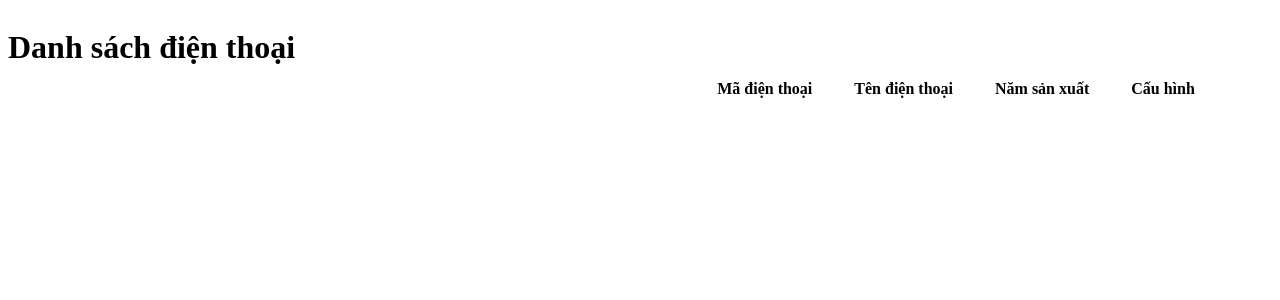
Repository: buikhacthang91042/Nam4_Ki1
Page: http://localhost/Tuan05/DanhSachDienThoaiNCC.jsp
These files come from the project's save history. The page is drawn as it stood at one moment and after the next save; the edit follows.
The browser window is 1280 px wide. The pictures show the whole page.
The page is served by Tomcat 10. Nobody is signed in. The application's start-up code is not run. The template is opened directly, without the code that normally fills it, so the values that code supplies are empty.

Above is the page before, as saved 2024-10-10 11:58:35.

After the next save:
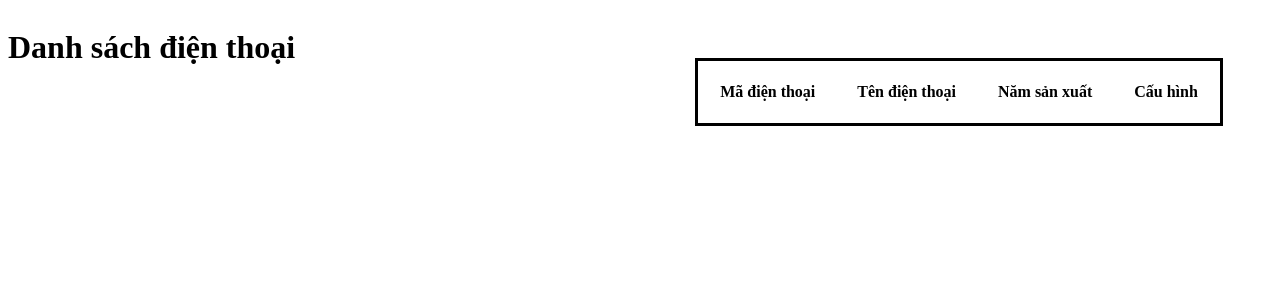
Saved 58 s later.
--- a/WWW/BuiKhacThang_21127151_Tuan05/Tuan05/src/main/webapp/DanhSachDienThoaiNCC.jsp
+++ b/WWW/BuiKhacThang_21127151_Tuan05/Tuan05/src/main/webapp/DanhSachDienThoaiNCC.jsp
@@ -21,6 +21,9 @@
 	}
 	th {
 		padding: 20px;
+	}
+	table{
+		border: solid;
 	}
 </style>
 
